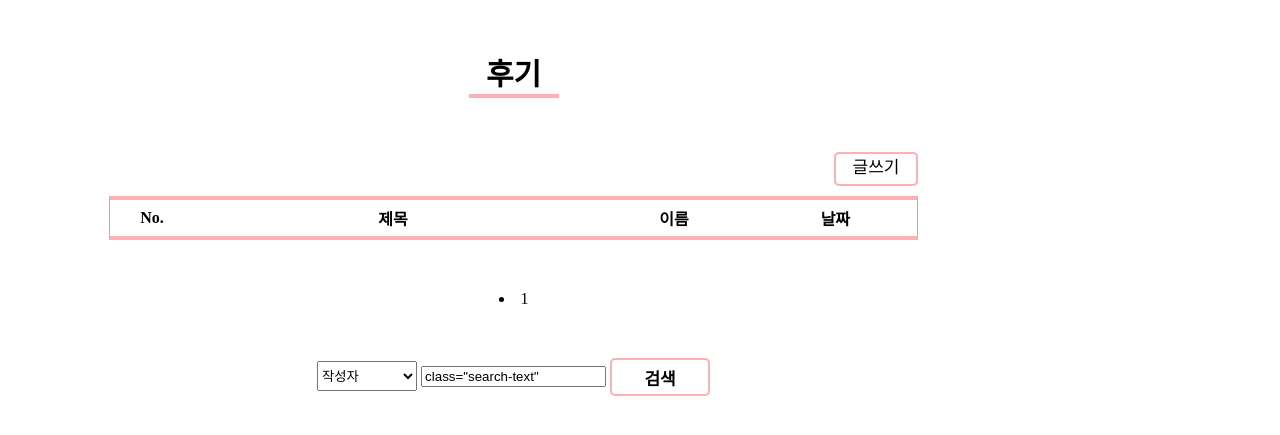
Repository: seugju/HSDsemi
Page: http://localhost/studioMood/postList?reqPage=1
These files come from the project's save history. The page is drawn as it stood at one moment and after the next save; the edit follows.
The browser window is 1280 px wide. The pictures show the whole page.
The page is served by Tomcat 9. Other server files are loaded and not shown. Queries for data that is not in the repository find no rows.

Above is the page before, as saved 2020-11-25 07:44:37.

### project-workspace/studioMood/WebContent/WEB-INF/views/post/postList.jsp
<%@page import="member.model.vo.Member"%>
<%@page import="java.util.ArrayList"%>
<%@page import="post.model.vo.Post"%>
<%@ page language="java" contentType="text/html; charset=UTF-8"
    pageEncoding="UTF-8"%>
    <%
    ArrayList<Post> list = (ArrayList<Post>)request.getAttribute("list");
    String pageNavi = (String)request.getAttribute("pageNavi");
    Member m = (Member)session.getAttribute("member");
    String keyword = (String)request.getAttribute("keyword");
    if(keyword == null){
    	keyword="";
    }
    String type = (String)request.getAttribute("type");
    if(type == null){
    	type = "postWriter";
    }
    %>
<!DOCTYPE html PUBLIC "-//W3C//DTD HTML 4.01 Transitional//EN" "http://www.w3.org/TR/html4/loose.dtd">
<html>
<head>
<meta http-equiv="Content-Type" content="text/html; charset=UTF-8">
<title>Insert title here</title>
   <style>
        .content{
            width: 80%;

        }
        .content *{
            margin: 0 auto;
        }
        .pink{
            margin-top: 50px;
            width: 90px;
            text-align: center;
            font-weight: bold;
            font-size: 30px;
            border-bottom: 4px solid #FBB1B5;
        }
         .post-table>tbody>tr>td{
            border-top: 1px solid #b8b0b0;
        }
        .post-table{
            width: 80%;
            border-top: 4px solid #FBB1B5;
            border-left: 1px solid #b8b0b0;
            border-bottom: 4px solid #FBB1B5;
            border-right: 1px solid #b8b0b0;
        }
        .post-table>tbody>tr>td{
         text-align: center;
        }
       .post-table>tbody>tr>td>a{
       text-decoration: none;
            color: black;

       }
        .post-table>tbody>tr>th{
        height : 30px;
        }
       .write>a{
            text-decoration: none;
            color: black;
            display: inline-block;
            width: 80px;
            height: 30px;
            line-height: 28px;
            font-size: 17px;
            text-align: center;
            background-color: white;
            border: 2px solid #FBB1B5;
            border-radius: 5px;
        }
        .write{
            width: 80%;
            text-align: right;
            margin-bottom: 10px;
        }
        .post{
            width: 80%;
            text-align: center;
        }
        .search-text{
            width: 250px;
            height: 30px;
        }
        .btn-post{
            vertical-align:middle;
            width: 100px;
            height: 38px;
            font-weight: bold;
            font-size: 17px;
            background-color: white;
            border: 2px solid #FBB1B5;
            border-radius: 5px;
        }
        #pageNavi{
            text-align: center;
            margin: 50px;
        }
        .post>form>select{
        width : 100px;
        height : 30px;
        }
    </style>
</head>
<body>
  <div class="content">
   <section>
       <div class="pink">후기</div>
       <br>
       <br>
       <br>

       <%//if(m!=null && m.getMemberLevel()==1) {%>
       <div class="write">
       <a href="/postWriterFrm" class="write-btn">글쓰기</a>
       </div>
       <%//} %>
       <table class="post-table">
           <tr>
               <th width="10%">No.</th>
               <th width="50%">제목</th>
               <th width="20%;">이름</th>
               <th width="20%;">날짜</th>
           </tr>
           <%for(Post p : list) {%>
          <tr>
               <td><%=p.getpNum() %></td>
               <td><a href="/postView?postNo=<%=p.getPostNo()%>"><%=p.getPostTitle() %></a></td>
               <td><%=p.getPostWriter() %></td>
               <td><%=p.getPDate() %></td>
           </tr>
           <%} %>
       </table>
       <div id="pageNavi"><%=pageNavi %></div>
       <div class="post">
       <form action="/searchKeyword">
       <select name="type">
       <%if(type.equals("postWriter")) {%>
       <option value="postWriter" selected>작성자</option>
       <option value="postTitle">제목</option>
       <%}else if(type.equals("postTitle")) {%>
       <option value="postTitle" selected>제목</option>
       <option value="postWriter">작성자</option>
       <%} %>
       </select>
       <input type="text" placeholder="검색어를 입력해주세요." name ="keyword" value = <%=keyword %> class="search-text">
       <input type="submit" value="검색" class="btn-post">
       </form>
       </div>
   </section>
    </div>
</body>
</html>

### project-workspace/studioMood/src/post/controller/PostListServlet.java
package post.controller;

import java.io.IOException;

import javax.servlet.RequestDispatcher;
import javax.servlet.ServletException;
import javax.servlet.annotation.WebServlet;
import javax.servlet.http.HttpServlet;
import javax.servlet.http.HttpServletRequest;
import javax.servlet.http.HttpServletResponse;

import post.model.service.PostService;
import post.model.vo.PostPageData;

/**
 * Servlet implementation class PostListServlet
 */
@WebServlet(name = "PostList", urlPatterns = { "/postList" })
public class PostListServlet extends HttpServlet {
	private static final long serialVersionUID = 1L;

    /**
     * @see HttpServlet#HttpServlet()
     */
    public PostListServlet() {
        super();
        // TODO Auto-generated constructor stub
    }

	/**
	 * @see HttpServlet#doGet(HttpServletRequest request, HttpServletResponse response)
	 */
	protected void doGet(HttpServletRequest request, HttpServletResponse response) throws ServletException, IOException {
		//1. 인코딩
		request.setCharacterEncoding("utf-8");
		//2. view에서 ~~
		int reqPage = Integer.parseInt(request.getParameter("reqPage"));
		//3.비지니스 로직
		PostPageData ppd = new PostService().selectList(reqPage);
		//4. 결과처리
		RequestDispatcher rd = request.getRequestDispatcher("/WEB-INF/views/post/postList.jsp");
		request.setAttribute("list", ppd.getList());
		request.setAttribute("pageNavi", ppd.getPageNavi());
		rd.forward(request, response);
	}

	/**
	 * @see HttpServlet#doPost(HttpServletRequest request, HttpServletResponse response)
	 */
	protected void doPost(HttpServletRequest request, HttpServletResponse response) throws ServletException, IOException {
		// TODO Auto-generated method stub
		doGet(request, response);
	}

}

### project-workspace/studioMood/src/post/model/service/PostService.java
package post.model.service;

import java.sql.Connection;
import java.sql.ResultSet;
import java.util.ArrayList;

import org.apache.tomcat.dbcp.dbcp2.Jdbc41Bridge;

import common.JDBCTemplate;
import post.model.dao.PostDao;
import post.model.vo.Post;
import post.model.vo.PostComment;
import post.model.vo.PostPageData;
import post.model.vo.PostViewData;

public class PostService {

	public PostPageData selectList(int reqPage) {
		Connection conn = JDBCTemplate.getConnection();
		PostDao dao = new PostDao();
		int totalCount = dao.totalCount(conn);
		int numPerPage = 20;
		int totalPage = 0;
		if(totalCount%numPerPage == 0) {
			totalPage = totalCount / numPerPage;
		}else {
			totalPage = totalCount/ numPerPage+1;
		}
		int start = (reqPage-1)*numPerPage +1;
		int end = reqPage*numPerPage;

		ArrayList<Post> list = new PostDao().selectList(conn,start,end);

		int pageNaviSize = 5;
		String pageNavi="";

		int pageNo = reqPage-2;
		if(reqPage <=3) {
			pageNo=1;
		}else if(pageNo>totalPage-4){
			pageNo = totalPage-4;
		}
		if(pageNo != 1) {
			pageNavi += "<li class='page-item'><a class='page-link' href='/postList?reqPage="+(pageNo-1)+"'>이전</a></li>";
		}
		for(int i=0; i<pageNaviSize;i++) {
			if(reqPage == pageNo) {
				pageNavi += "<li class='page-item'><span class='selectPage page-link'>"+pageNo+"</spna></li>";
			}else {
				pageNavi +="<li class='page-item'><a class='page-link' href='/postList?reqPage="+pageNo+"'>"+pageNo+"</a></li>";
			}
			pageNo++;
			if(pageNo > totalPage) {
				break;
			}
		}
		if(pageNo <= totalPage) {
			pageNavi += "<li class='page-item'><a class='page-link' href='/postList?reqPage="+pageNo+"'>다음</a></li>";
		}
		PostPageData ppd = new PostPageData(list, pageNavi);
		JDBCTemplate.close(conn);
		//여기만큼씩
		//할수있죠??글쎄요... 해볼게요일단...ㅠㅠㅠㅠㄴ ㅇㅇ 이미 다른거만들어져있어서 어디에 뭐가필요한지정리마하면될것같아요
		//네ㅠㅠ
		return ppd;
	}

	public int insertPost(Post p) {
		Connection conn = JDBCTemplate.getConnection();
		int result = new PostDao().insertPost(conn, p);
		if(result>0) {
			JDBCTemplate.commit(conn);
		}else {
			JDBCTemplate.rollback(conn);
		}
		JDBCTemplate.close(conn);
		return result;
	}

	public int updatePost(Post p) {
		Connection conn = JDBCTemplate.getConnection();
		int result = new PostDao().updatePost(conn, p);
		if(result>0) {
			JDBCTemplate.commit(conn);
		}else {
			JDBCTemplate.rollback(conn);
		}
		JDBCTemplate.close(conn);
		return result;
	}

	public Post selectOnePost(int postNo) {
		Connection conn = JDBCTemplate.getConnection();
		Post p = new PostDao().selectPost(conn, postNo);
		if(p != null) {
			JDBCTemplate.commit(conn);
		}else {
			JDBCTemplate.rollback(conn);
		}
		JDBCTemplate.close(conn);
		return p;
	}

	public PostViewData selectPostView(int postNo) {
		Connection conn = JDBCTemplate.getConnection();
		Post p = new PostDao().selectPost(conn, postNo);
		ArrayList<PostComment> list = new PostDao().selectPostCommentlist(conn, postNo);
		JDBCTemplate.close(conn);
		PostViewData pvd = new PostViewData(p, list);
		return pvd;
	}

	public int deletePost(int postNo) {
		Connection conn = JDBCTemplate.getConnection();
		int result = new PostDao().deletePost(conn, postNo);
		if(result>0) {
			JDBCTemplate.commit(conn);
		}else {
			JDBCTemplate.rollback(conn);
		}
		JDBCTemplate.close(conn);
		return result;
	}

	public int insertPostComment(PostComment pc) {
		Connection conn = JDBCTemplate.getConnection();
		int result = new PostDao().insertPostComment(conn, pc);
		if(result>0) {
			JDBCTemplate.commit(conn);
		}else {
			JDBCTemplate.rollback(conn);
		}
		JDBCTemplate.close(conn);
		return result;
	}

	public int postCommentUpdate(int postCommentNo, String postCommentContent) {
		Connection conn = JDBCTemplate.getConnection();
		int result = new PostDao().postCommentUpdate(conn, postCommentNo, postCommentContent);
		if(result>0) {
			JDBCTemplate.commit(conn);
		}else {
			JDBCTemplate.rollback(conn);
		}
		JDBCTemplate.close(conn);
		return result;
	}

	public int postCommentDelete(int postCommentNo) {
		Connection conn = JDBCTemplate.getConnection();
		int result = new PostDao().postCommentDelete(conn, postCommentNo);
		if(result>0) {
			JDBCTemplate.commit(conn);
		}else {
			JDBCTemplate.rollback(conn);
		}
		JDBCTemplate.close(conn);
		return result;
	}

	public PostPageData postSearchKeyword(int reqPage, String keyword, String type) {
		Connection conn = JDBCTemplate.getConnection();
		ArrayList<Post> list = null;
		PostPageData ppd = null;
		if(type.equals("postTitle")) {
			System.out.println("제목으로 검");
			//여기서 제목으로 검색할 때 필요한거 전부다 제작(totalCount, ArrayList<Post>, pageNavi)
			//여기 한영이안되네 -> 여기 이프, 엘스이프가 다 리스트구하는 만큼씩 나올꺼에요
			int totalCount = new PostDao().searchTitleCount(conn, keyword);
			int numPerPage = 20;
			int totalPage = 0;
			if(totalCount%numPerPage == 0) {
				totalPage = totalCount / numPerPage;
			}else {
				totalPage = totalCount/ numPerPage+1;
			}
			int start = (reqPage-1)*numPerPage +1;
			int end = reqPage*numPerPage;

			ArrayList<Post> titlelist = new PostDao().searchTitleList(conn,start,end, keyword);
			for(Post p : titlelist) {
				System.out.println(1);
				System.out.println(p.getPDate());
			}
			int pageNaviSize = 5;
			String pageNavi="";

			int pageNo = reqPage-2;
			if(reqPage <=3) {
				pageNo=1;
			}else if(pageNo>totalPage-4){
				pageNo = totalPage-4;
			}
			if(pageNo != 1) {
				pageNavi += "<li class='page-item'><a class='page-link' href='/postSearchKeyword?reqPage="+(pageNo-1)+"&type=postTitle&keyword="+keyword+"'>이전</a></li>";
			}
			for(int i=0; i<pageNaviSize;i++) {
				if(reqPage == pageNo) {
					pageNavi += "<li class='page-item'><span class='selectPage page-link'>"+pageNo+"</spna></li>";
				}else {
					pageNavi +="<li class='page-item'><a class='page-link' href='/postSearchKeyword?reqPage="+pageNo+"&type=postTitle&keyword="+keyword+"'>"+pageNo+"</a></li>";
				}
				pageNo++;
				if(pageNo > totalPage) {
					break;
				}
			}
			if(pageNo <= totalPage) {
				pageNavi += "<li class='page-item'><a class='page-link' href='/postSearchKeyword?reqPage="+pageNo+"&type=postTitle&keyword="+keyword+"'>다음</a></li>";
			}
			ppd = new PostPageData(titlelist, pageNavi);
		}else if(type.equals("postWriter")) {
			System.out.println("writer");
			//여기서 작성자로 검색할 때 필요한거 전부다 제작(totalCount, ArrayList<Post>, pageNavi)
			int totalCount = new PostDao().searchWriterCount(conn, keyword);
			int numPerPage = 20;
			int totalPage = 0;
			if(totalCount%numPerPage == 0) {
				totalPage = totalCount / numPerPage;
			}else {
				totalPage = totalCount/ numPerPage+1;
			}
			int start = (reqPage-1)*numPerPage +1;
			int end = reqPage*numPerPage;

			ArrayList<Post> writerlist = new PostDao().searchWriterList(conn,start,end, keyword);
			int pageNaviSize = 5;
			String pageNavi="";

			int pageNo = reqPage-2;
			if(reqPage <=3) {
				pageNo=1;
			}else if(pageNo>totalPage-4){
				pageNo = totalPage-4;
			}
			if(pageNo != 1) {
				pageNavi += "<li class='page-item'><a class='page-link' href='/postSearchKeyword?reqPage="+(pageNo-1)+"&type=postWriter&keyword="+keyword+"'>이전</a></li>";
			}
			for(int i=0; i<pageNaviSize;i++) {
				if(reqPage == pageNo) {
					pageNavi += "<li class='page-item'><span class='page-link selectPage'>"+pageNo+"</spna></li>";
				}else {
					pageNavi +="<li class='page-item'><a class='page-link' href='/postSearchKeyword?reqPage="+pageNo+"&type=postWriter&keyword="+keyword+"'>"+pageNo+"</a></li>";
				}
				pageNo++;
				if(pageNo > totalPage) {
					break;
				}
			}
			if(pageNo <= totalPage) {
				pageNavi += "<li class='page-item'><a class='page-link' href='/postSearchKeyword?reqPage="+pageNo+"&type=postWriter&keyword="+keyword+"'>다음</a></li>";
			}
			ppd = new PostPageData(writerlist, pageNavi);
		}
		JDBCTemplate.close(conn);
		return ppd;
	}


}

### project-workspace/studioMood/src/common/JDBCTemplate.java
package common;

import java.sql.Connection;
import java.sql.DriverManager;
import java.sql.ResultSet;
import java.sql.SQLException;
import java.sql.Statement;

//데이터베이스 코드 중 중복부분 처리 클래스 제작
//싱글톤(singleTon) : 클래스에 대한 객체가 포로그램 구동내내 한개만 작성되어 모두 공유하여 사용하는 디자인 패턴

public class JDBCTemplate {

	//리턴타입을 static으로 지정

	//1. Driver등록, Connection객체 생성 --------------------------------------------------------------
	public static Connection getConnection() {
		Connection conn = null;
		try {
			Class.forName("oracle.jdbc.driver.OracleDriver");
			conn = DriverManager.getConnection("jdbc:oracle:thin:@1.220.236.74:15213:xe","HSDsemi","1234");

			//자동 오토 커밋이 설정되어있다.
			conn.setAutoCommit(false); //자동 커밋 설정 해지

		} catch (ClassNotFoundException e) {
			// TODO Auto-generated catch block
			e.printStackTrace();
		} catch (SQLException e) {
			// TODO Auto-generated catch block
			e.printStackTrace();
		}
		return conn;
	}


	//2. Connection Close --------------------------------------------------------------------
	//같은 메소드명(close) - 다른 매개변수 : 오버로딩
	public static void close(Connection conn) {
		try {
			if(conn != null && !conn.isClosed()) { //값이 null이 아니면서 닫혀있지 않을 때
				conn.close();
			}

		} catch (SQLException e) {
			// TODO Auto-generated catch block
			e.printStackTrace();
		}
	}


	//같은 메소드명(close) - 다른 매개변수 : 오버로딩
	public static void close(Statement stmt) {
		try {
			if(stmt != null && !stmt.isClosed()) { ////값이 null이 아니면서 닫혀있지 않을 때
				stmt.close();
			}
		} catch (SQLException e) {
			// TODO Auto-generated catch block
			e.printStackTrace();
		}
	}

	//PreparedStatement는 만들지 않아도 된다. 다형성에 의해 Statement로 처리된다.


	//같은 메소드명(close) - 다른 매개변수 : 오버로딩
	public static void close(ResultSet rset) {
		try {
			if (rset != null && !rset.isClosed()) { // 값이 null이 아니면서 닫혀있지 않을 때
				rset.close();
			}
		} catch (SQLException e) {
			// TODO Auto-generated catch block
			e.printStackTrace();
		}
	}


	//3. commit, rollback ---------------------------------------------------------------
	public static void commit(Connection conn) {
		try {
			if(conn != null && !conn.isClosed()) {
				conn.commit();
			}
		} catch (SQLException e) {
			// TODO Auto-generated catch block
			e.printStackTrace();
		}
	}

	public static void rollback(Connection conn) {
		try {

			if(conn != null && !conn.isClosed()) {
				conn.rollback();
			}

		} catch (SQLException e) {
			// TODO Auto-generated catch block
			e.printStackTrace();
		}
	}


}

### project-workspace/studioMood/src/post/model/vo/PostPageData.java
package post.model.vo;

import java.util.ArrayList;

public class PostPageData {
	private ArrayList<Post> list;
	private String pageNavi;
	public PostPageData() {
		super();
		// TODO Auto-generated constructor stub
	}
	public PostPageData(ArrayList<Post> list, String pageNavi) {
		super();
		this.list = list;
		this.pageNavi = pageNavi;
	}
	public ArrayList<Post> getList() {
		return list;
	}
	public void setList(ArrayList<Post> list) {
		this.list = list;
	}
	public String getPageNavi() {
		return pageNavi;
	}
	public void setPageNavi(String pageNavi) {
		this.pageNavi = pageNavi;
	}

}

Loaded but not shown: project-workspace/studioMood/src/post/model/dao/PostDao.java (409 lines, source omitted)

After the next save:
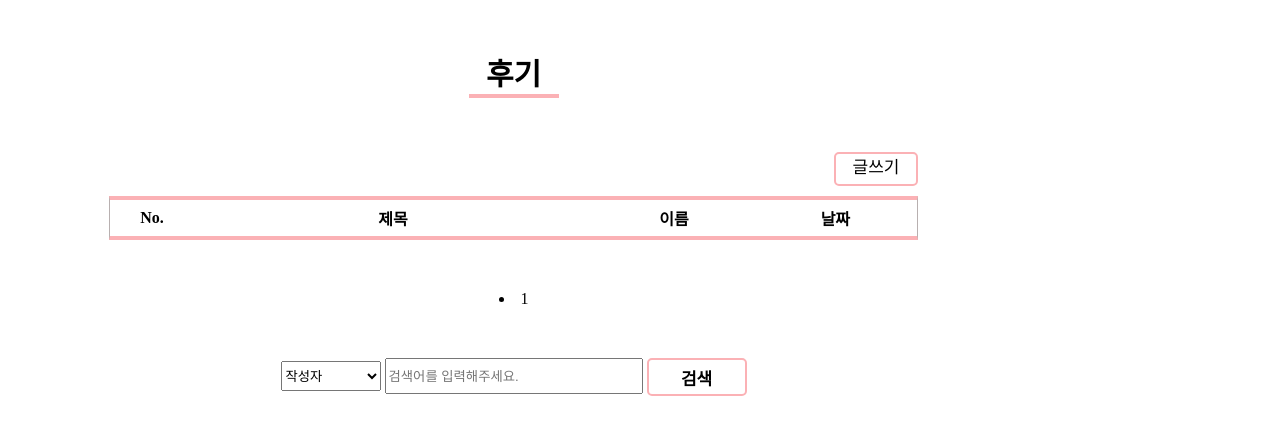
Saved 25 s later.
--- a/project-workspace/studioMood/WebContent/WEB-INF/views/post/postList.jsp
+++ b/project-workspace/studioMood/WebContent/WEB-INF/views/post/postList.jsp
@@ -145,7 +145,7 @@
        <option value="postWriter">작성자</option>
        <%} %>
        </select>
-       <input type="text" placeholder="검색어를 입력해주세요." name ="keyword" value = <%=keyword %> class="search-text">
+       <input type="text" placeholder="검색어를 입력해주세요." name ="keyword" class="search-text" value = <%=keyword %> >
        <input type="submit" value="검색" class="btn-post">
        </form>
        </div>
